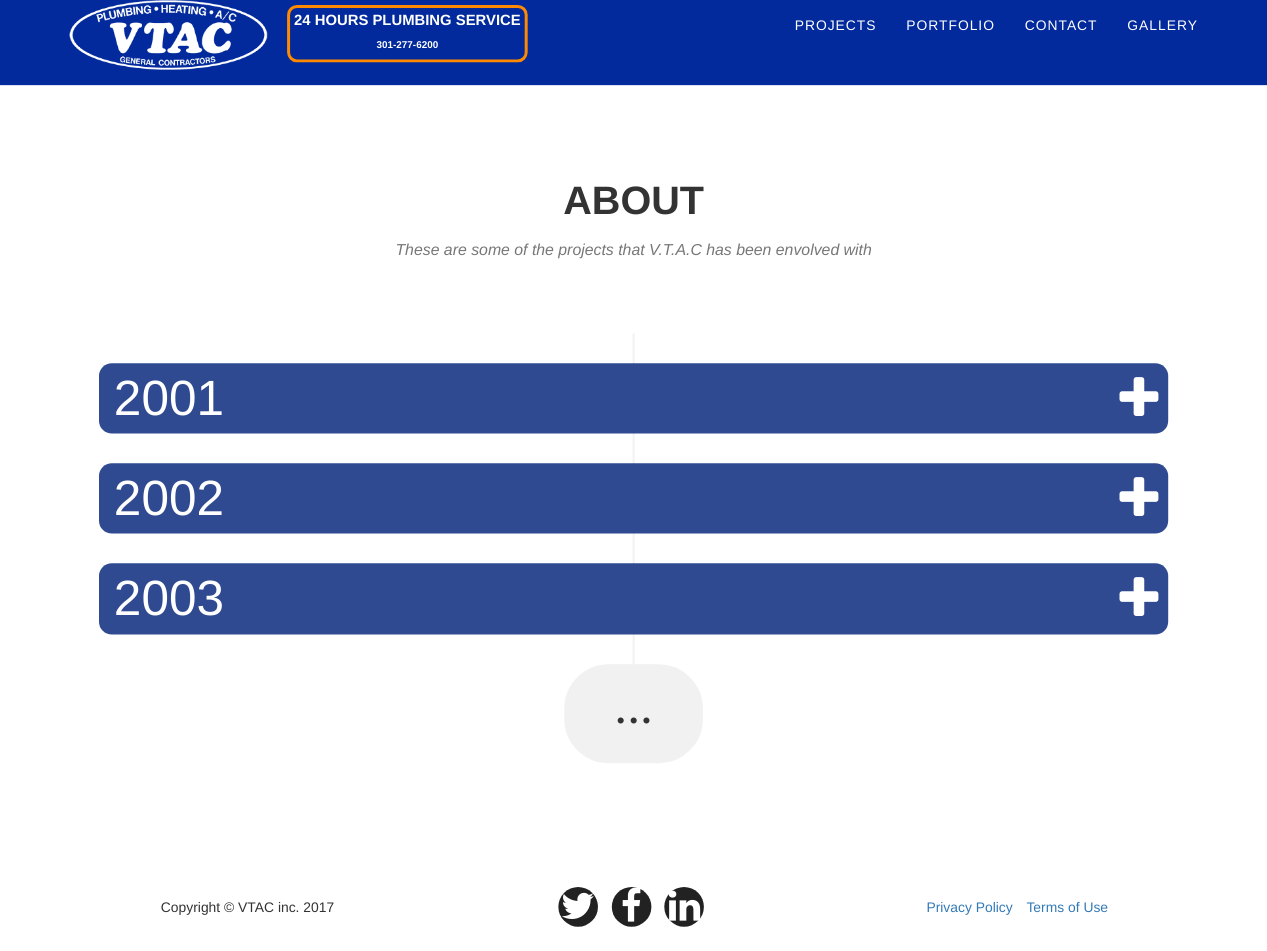
Repository: danidark9312/vtac
Page: http://localhost/vtac/about.jsp
The author's editor kept a copy of each file at every save. The page is drawn from the files as they stood at one save, then again after the next save.
The browser window is 1280 px wide. The pictures show the whole page, at 99% of full size.
Some web fonts or font styles are not loaded; a fallback is used. The page is served by Tomcat 9. Other server files are loaded and not shown.

Above is the page before, as saved 2017-01-27 16:05:03.

### vtac/WebContent/footer.jsp
<footer>
<div class="container">
            <div class="row">
                <div class="col-md-4">
                    <span class="copyright">Copyright &copy; VTAC inc. 2017</span>
                </div>
                <div class="col-md-4">
                    <ul class="list-inline social-buttons">
                        <li><a href="#"><i class="fa fa-twitter"></i></a>
                        </li>
                        <li><a href="https://www.facebook.com/VTAC-Plumbing-HVAC-Utility-Contractor-122173147797883"><i class="fa fa-facebook"></i></a>
                        </li>
                        <li><a href="#"><i class="fa fa-linkedin"></i></a>
                        </li>
                    </ul>
                </div>
                <div class="col-md-4">
                    <ul class="list-inline quicklinks">
                        <li><a href="#">Privacy Policy</a>
                        </li>
                        <li><a href="#">Terms of Use</a>
                        </li>
                    </ul>
                </div>
            </div>
        </div>
        </footer>

Loaded but not shown: vtac/WebContent/css/fonts/awesomeFont.css (library); vtac/WebContent/css/agency.min.css (library); vtac/WebContent/js/agency.min.js (common file); vtac/WebContent/js/jqBootstrapValidation.js (912 lines, source omitted); vtac/WebContent/js/contact_me.js (69 lines, source omitted); vtac/WebContent/js/about.js (25 lines, source omitted); vtac/WebContent/navbar.jsp (52 lines, source omitted); vtac/WebContent/css/timeline.css (57 lines, source omitted); vtac/WebContent/about.jsp (1495 lines, source omitted)

After the next save:
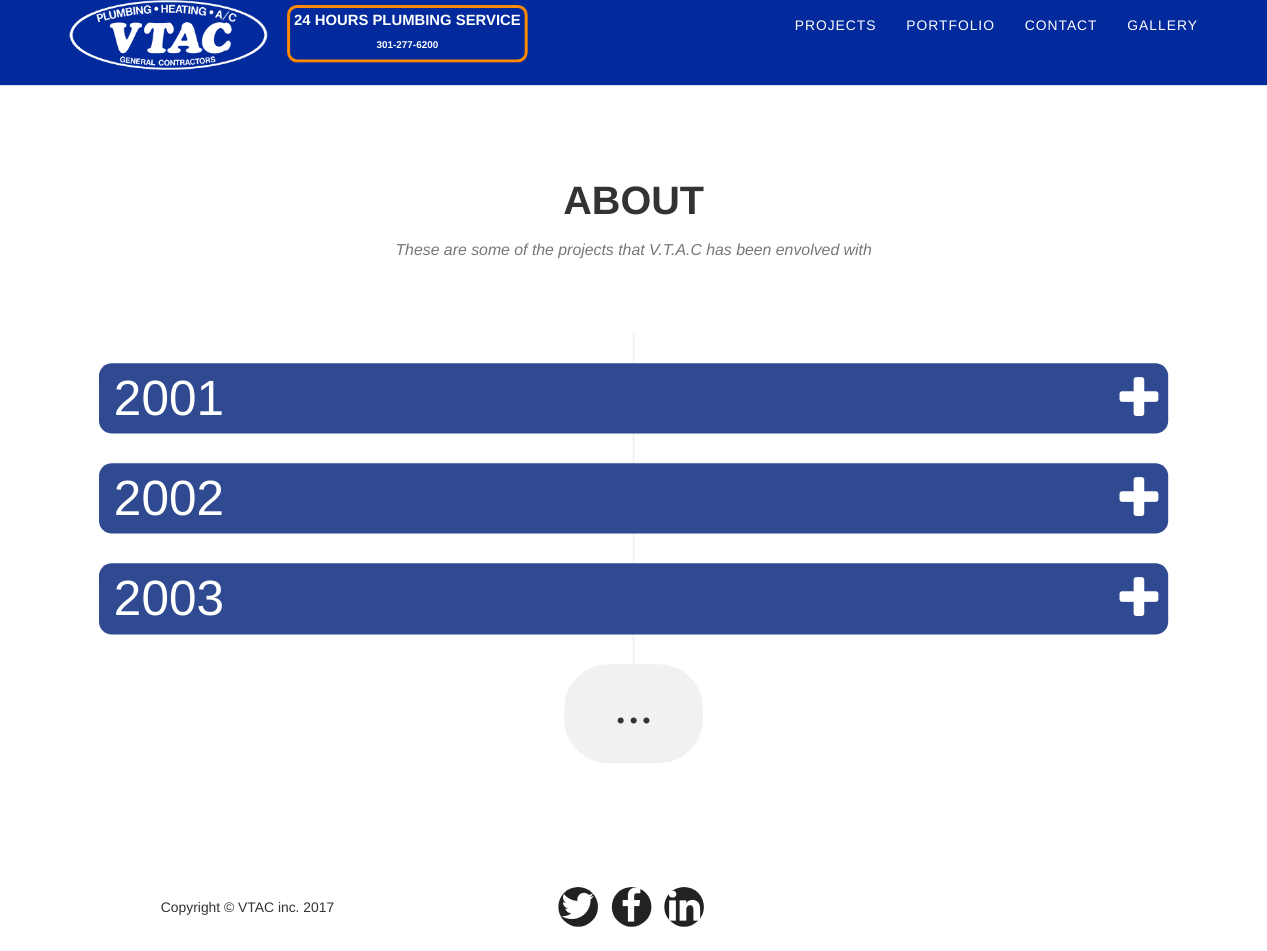
Saved 105 s later.
--- a/vtac/WebContent/footer.jsp
+++ b/vtac/WebContent/footer.jsp
@@ -14,14 +14,14 @@
                         </li>
                     </ul>
                 </div>
-                <div class="col-md-4">
-                    <ul class="list-inline quicklinks">
-                        <li><a href="#">Privacy Policy</a>
-                        </li>
-                        <li><a href="#">Terms of Use</a>
-                        </li>
-                    </ul>
-                </div>
+<!--                 <div class="col-md-4"> -->
+<!--                     <ul class="list-inline quicklinks"> -->
+<!--                         <li><a href="#">Privacy Policy</a> -->
+<!--                         </li> -->
+<!--                         <li><a href="#">Terms of Use</a> -->
+<!--                         </li> -->
+<!--                     </ul> -->
+<!--                 </div> -->
             </div>
         </div>
         </footer>
